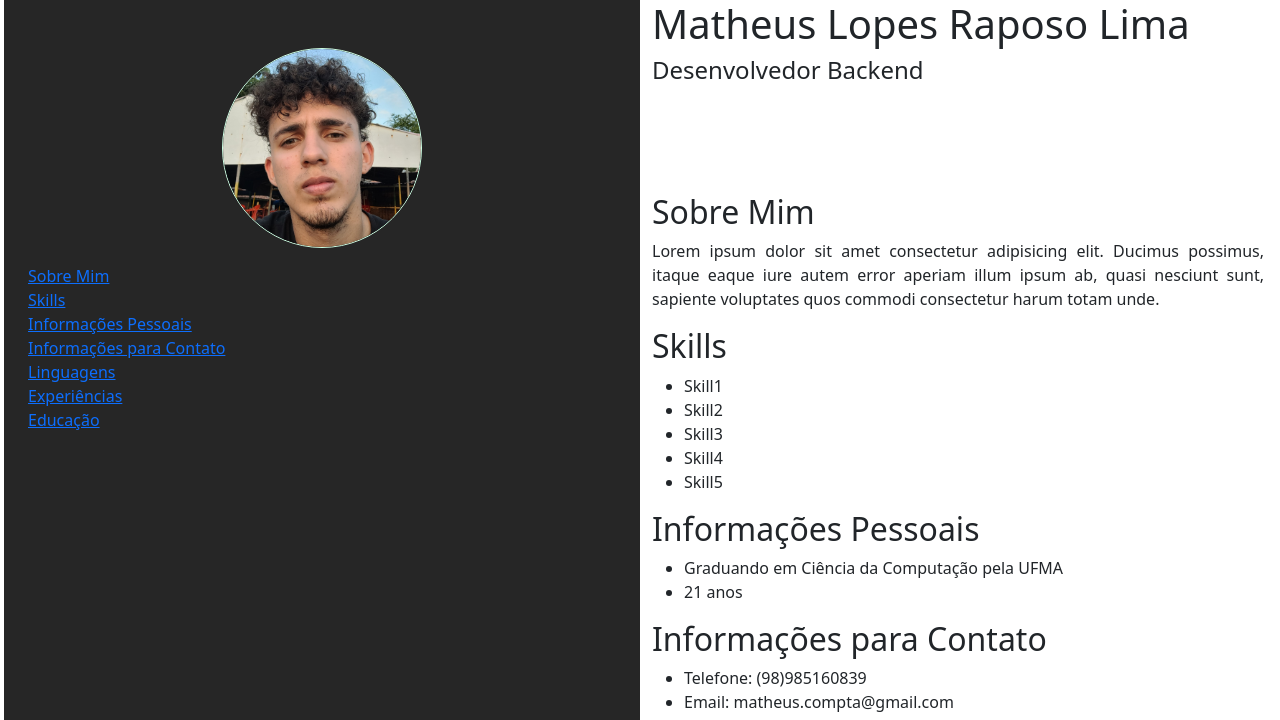
Repository: MaatheusRaposo/Curriculo_Web
Page: index.html
An editor plug-in stored every save of this project. The page is shown before and after the next save, followed by the edit.
The browser window is 1280 px wide. The pictures show the whole page.
An inner scrolling area shows only its first screen.

Above is the page before, as saved 2026-05-28 01:44:20.

### index.html
<!DOCTYPE html>
<html lang="en">
<head>
    <meta charset="UTF-8">
    <meta name="viewport" content="width=device-width, initial-scale=1.0">
    <title>Curriculo Matheus Raposo</title>
    <link href="https://cdn.jsdelivr.net/npm/bootstrap@5.3.8/dist/css/bootstrap.min.css" rel="stylesheet" integrity="sha384-sRIl4kxILFvY47J16cr9ZwB07vP4J8+LH7qKQnuqkuIAvNWLzeN8tE5YBujZqJLB" crossorigin="anonymous">
    <link rel="stylesheet" href="assets/css/style.css">
</head>
<body>
    <div class="container-fluid px-3">
        <div class="row">
            <div class="col text-light d-flex flex-column" id="coluna-esquerda">
                <div class="d-flex justify-content-center align-items-center pt-5">
                    <img class="foto-perfil position-relative mb-3" src="assets/images/20230725_175129.jpg" alt="">
                </div>
                <div class="container justify-content-center">
                    <a href="#sobreMim">Sobre Mim</a> <br>
                    <a href="#Skills">Skills</a> <br>
                    <a href="#infoPessoal">Informações Pessoais</a> <br>
                    <a href="#infoCtt">Informações para Contato</a> <br>
                    <a href="#linguagens">Linguagens</a> <br>
                    <a href="#exps">Experiências</a> <br>
                    <a href="#edu">Educação</a> <br>
                </div>
            </div>
            <div class="col d-flex flex-column" id="coluna-direita">
                <section>
                    <h1>Matheus Lopes Raposo Lima</h1>
                    <h4>Desenvolvedor Backend</h4>
                </section>
                <div class="d-flex justify-content-center flex-column mt-3 espacamento-classes">
                    <section id="sobreMim">
                        <h2>Sobre Mim</h2>
                        <p>Lorem ipsum dolor sit amet consectetur adipisicing elit. Ducimus possimus, itaque eaque iure autem error aperiam illum ipsum ab, quasi nesciunt sunt, sapiente voluptates quos commodi consectetur harum totam unde.</p>
                    </section>
                    <section  id="Skills">
                        <h2>Skills</h2>
                        <ul>
                            <li>Skill1</li>
                            <li>Skill2</li>
                            <li>Skill3</li>
                            <li>Skill4</li>
                            <li>Skill5</li>
                        </ul>
                    </section>
                    <section id="infoPessoal">
                        <h2>Informações Pessoais</h2>
                        <ul>
                            <li>Graduando em Ciência da Computação pela UFMA</li>
                            <li>21 anos</li>
                        </ul>
                    </section>
                    <section id="infoCtt">
                        <h2>Informações para Contato</h2>
                        <ul>
                            <li>Telefone: (98)985160839</li>
                            <li>Email: matheus.compta@gmail.com</li>
                            <li>Rua seis 30, Vila Sarney Filho I, São José de Ribamar - MA</li>
                        </ul>
                    </section>
                    <section id="linguagens">
                        <h2>Linguagens</h2>
                        <ul>
                            <li>Português</li>
                            <li>Inglês</li>
                        </ul>
                    </section>
                    <section id="exps">
                        <h2>Experiências</h2>
                        <section>
                            <h4>Experiência1</h4>
                            <p>Lorem ipsum dolor sit amet consectetur adipisicing elit. Quo fugit assumenda ipsum veritatis cupiditate illum, dolore iure ad eligendi odio aliquam ipsam molestias mollitia quos, eveniet rem natus, sequi omnis?</p>
                        </section>
                        <section>
                            <h4>Experiencia2</h4>
                            <p>Lorem ipsum dolor, sit amet consectetur adipisicing elit. Pariatur soluta doloribus beatae illum atque, nemo a? Distinctio obcaecati nulla totam! Vero facilis dolorem nobis, asperiores laborum in sed unde nisi.</p>
                        </section>
                        <section>
                            <h4>Experiencia3</h4>
                            <p>Lorem ipsum dolor sit amet consectetur adipisicing elit. Accusantium, error inventore porro iste vero eaque eum exercitationem perferendis. Alias voluptatum officiis, qui fugiat explicabo sed consequatur perspiciatis atque suscipit error.</p>
                        </section>
                    </section>
                    <section id="edu">
                        <h2>Educação</h2>
                        <section>
                            <h4>Formação1</h4>
                        </section>
                        <section>
                            <h4>Formação2</h4>
                        </section>
                    </section>
                </div>
            </div>
        </div>
    </div>

    <script src="https://cdn.jsdelivr.net/npm/bootstrap@5.3.8/dist/js/bootstrap.bundle.min.js" integrity="sha384-FKyoEForCGlyvwx9Hj09JcYn3nv7wiPVlz7YYwJrWVcXK/BmnVDxM+D2scQbITxI" crossorigin="anonymous"></script>
    <script src="app.js"></script>
    <noscript>Voce precisa tivar o JavaScript para ver o curriculo perfeitamente</noscript>
</body>
</html>

### assets/css/style.css
.foto-perfil {
    width: 200px;
    height: 200px;
    border: 1px solid #CEFFE4;
    border-radius: 50%;
    object-fit: cover;
}

#coluna-esquerda {
    background-color: #262626;
}

#coluna-direita {
    overflow-y: auto;
    scroll-behavior: smooth;
    height: 100vh;
}

@media screen and (min-width: 768px) {
    .espacamento-classes {
        margin-top: 100px !important;
    }
}

.espacamento-classes {
    text-align: justify;
}

Loaded but not shown: app.js (no stored copy; drawn as an empty file)

After the next save:
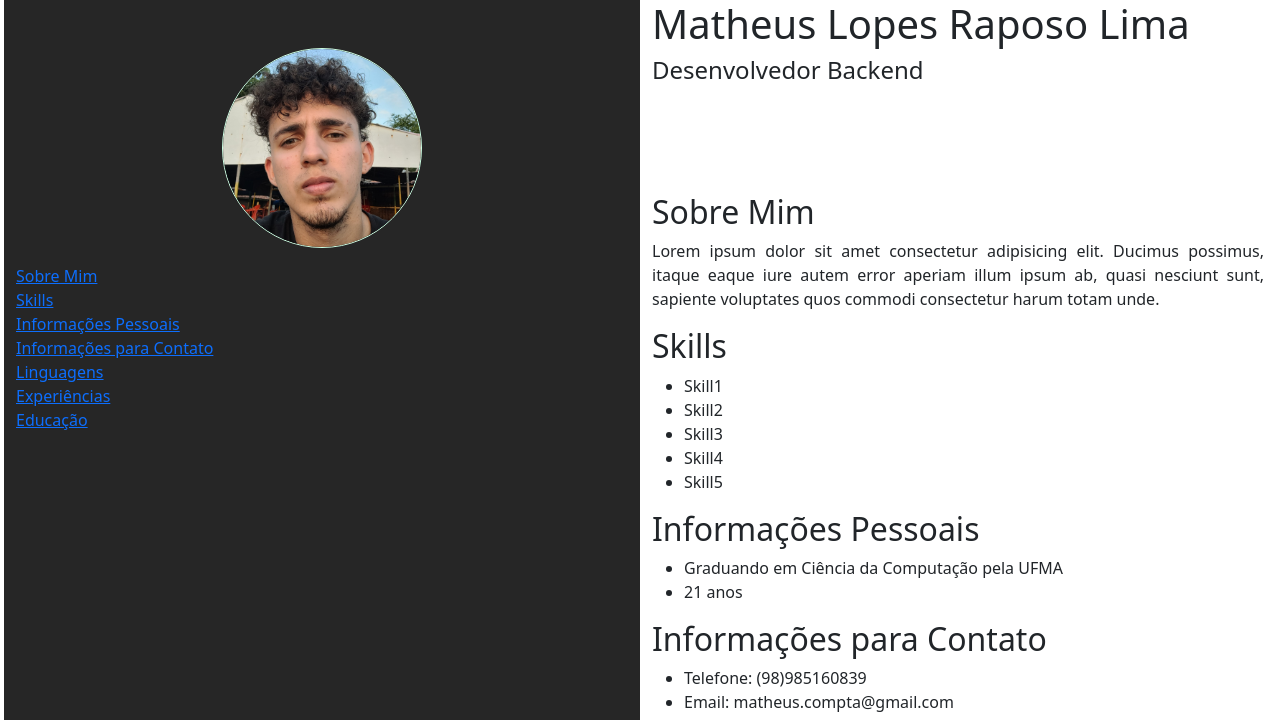
Saved 25 s later.
--- a/index.html
+++ b/index.html
@@ -14,7 +14,7 @@
                 <div class="d-flex justify-content-center align-items-center pt-5">
                     <img class="foto-perfil position-relative mb-3" src="assets/images/20230725_175129.jpg" alt="">
                 </div>
-                <div class="container justify-content-center">
+                <div class="row justify-content-center">
                     <a href="#sobreMim">Sobre Mim</a> <br>
                     <a href="#Skills">Skills</a> <br>
                     <a href="#infoPessoal">Informações Pessoais</a> <br>
